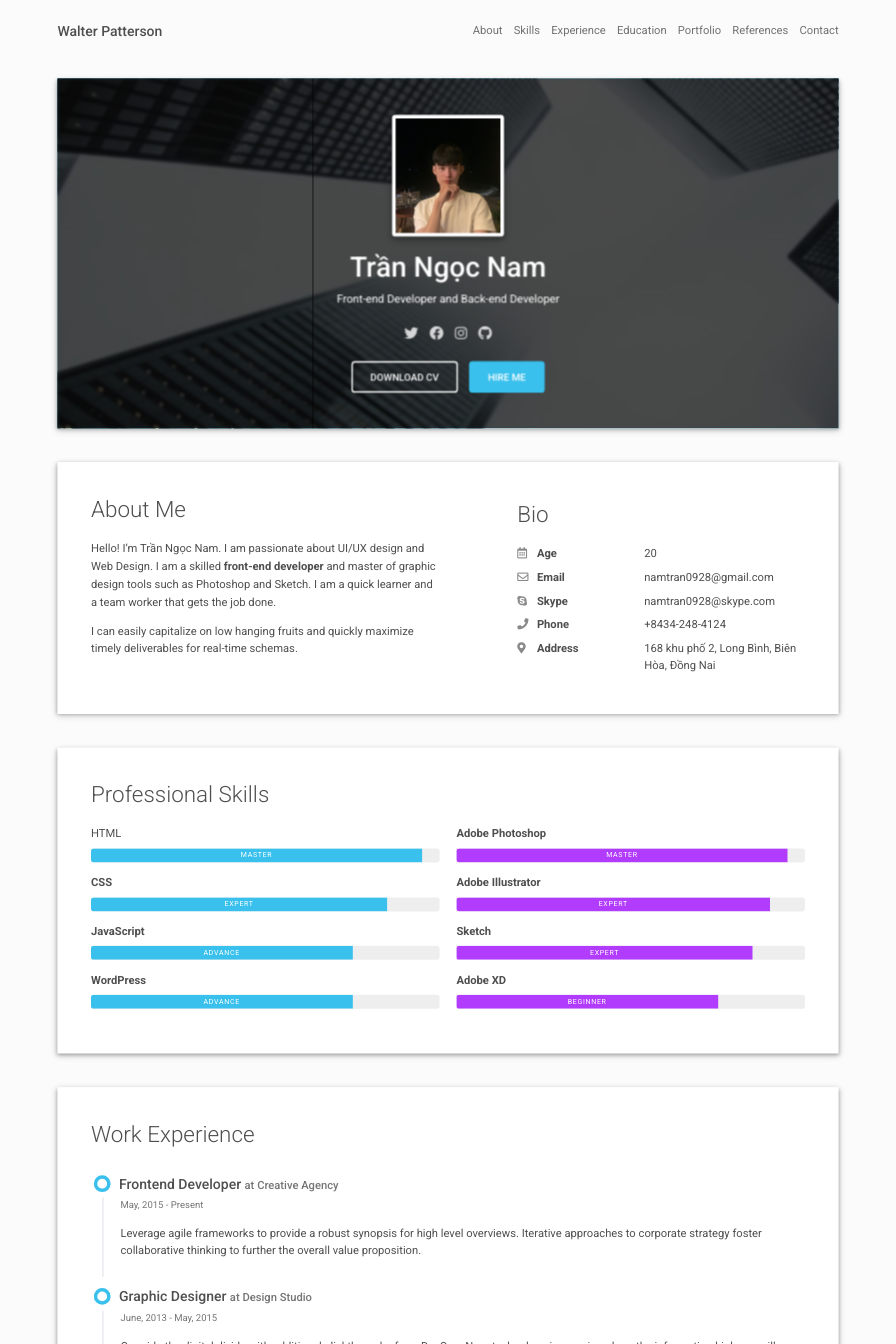
Repository: Namtran3107/CV
Page: index.html
These files come from the project's save history. The page is drawn as it stood at one moment and after the next save; the edit follows.
The browser window is 1280 px wide. The pictures show the part of the page from y = 0 to 1920 px (the page is 5347 px tall), at 70% of full size.

Above is the page before, as saved 2023-03-05 20:42:37.

After the next save:
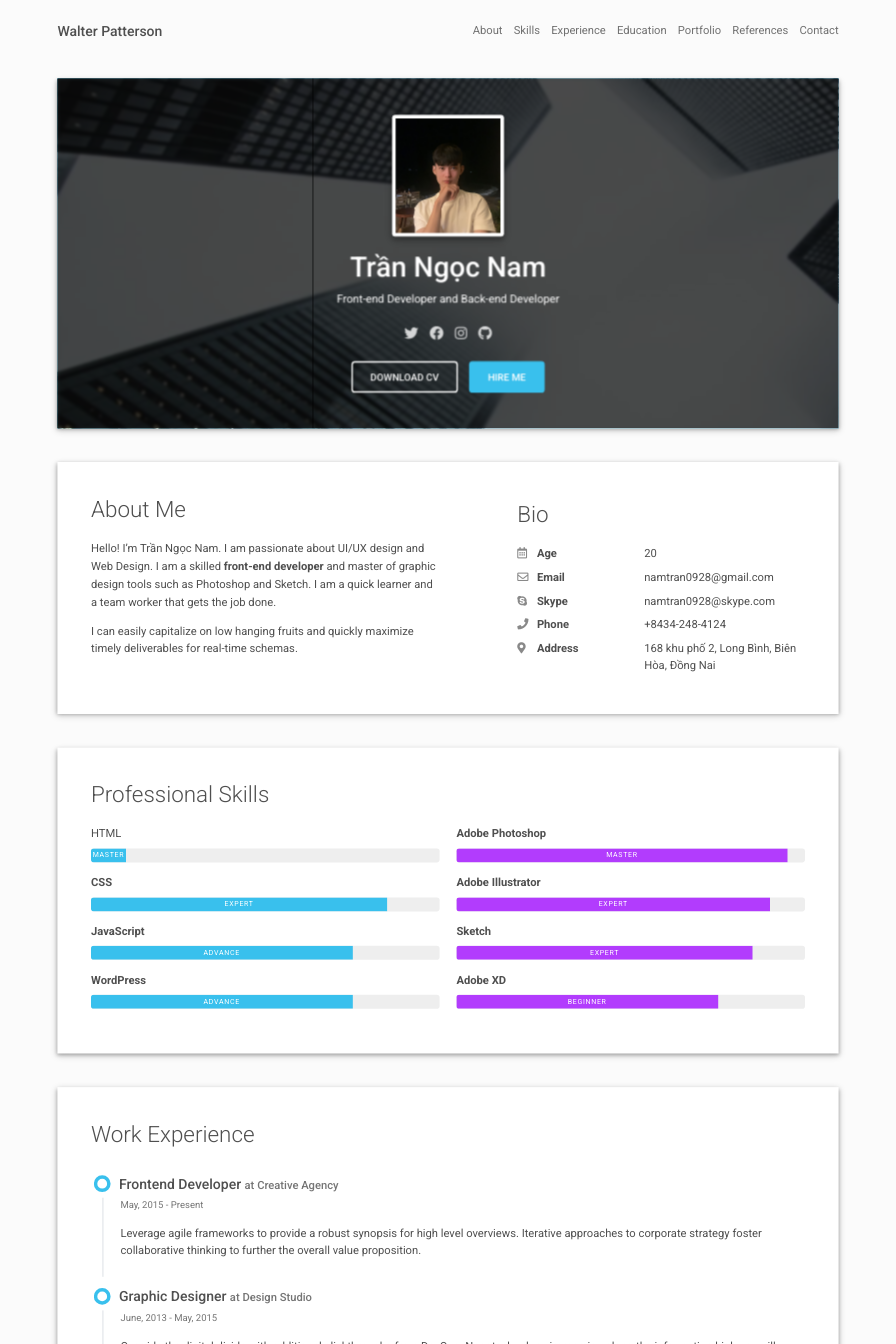
Saved 9 s later.
--- a/index.html
+++ b/index.html
@@ -140,7 +140,7 @@
         <div class="col-md-6">
           <div class="mb-3"><span class="Node-js">HTML</span>
             <div class="progress my-2 rounded" style="height: 20px">
-              <div class="progress-bar bg-info" role="progressbar" data-aos="zoom-in-right" data-aos-delay="100" data-aos-anchor=".skills-section" style="width: 95%;" aria-valuenow="95" aria-valuemin="0" aria-valuemax="100">Master</div>
+              <div class="progress-bar bg-info" role="progressbar" data-aos="zoom-in-right" data-aos-delay="100" data-aos-anchor=".skills-section" style="width: 10%;" aria-valuenow="95" aria-valuemin="0" aria-valuemax="100">Master</div>
             </div>
           </div>
           <div class="mb-3"><span class="fw-bolder">CSS</span>
